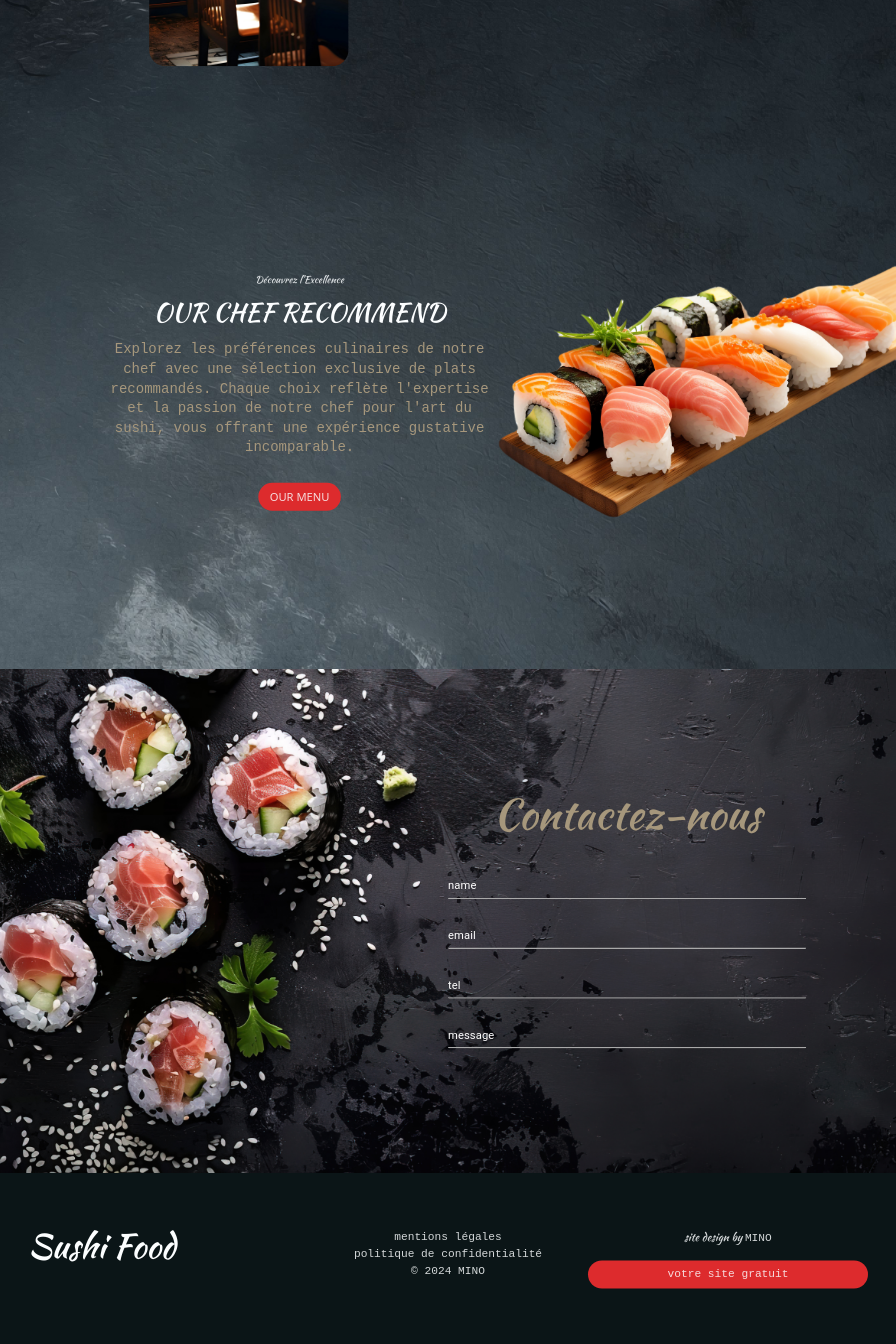
Repository: Adrien-legeleu/sushi-food
Page: /
An editor plug-in stored every save of this project. The page is shown before and after the next save, followed by the edit.
The browser window is 1280 px wide. The pictures show the part of the page from y = 1284 to 3204 px (the page is 3204 px tall), at 70% of full size.
Backgrounds fixed to the window are drawn as part of the page. Some web fonts or font styles are not loaded; a fallback is used. The project was rebuilt for these pictures with package versions that can differ from the ones it lists, and the page was loaded fresh each time. Also part of the build but not shown: vite.config.ts.

Above is the page before, as saved 2024-04-30 12:47:53.

After the next save:
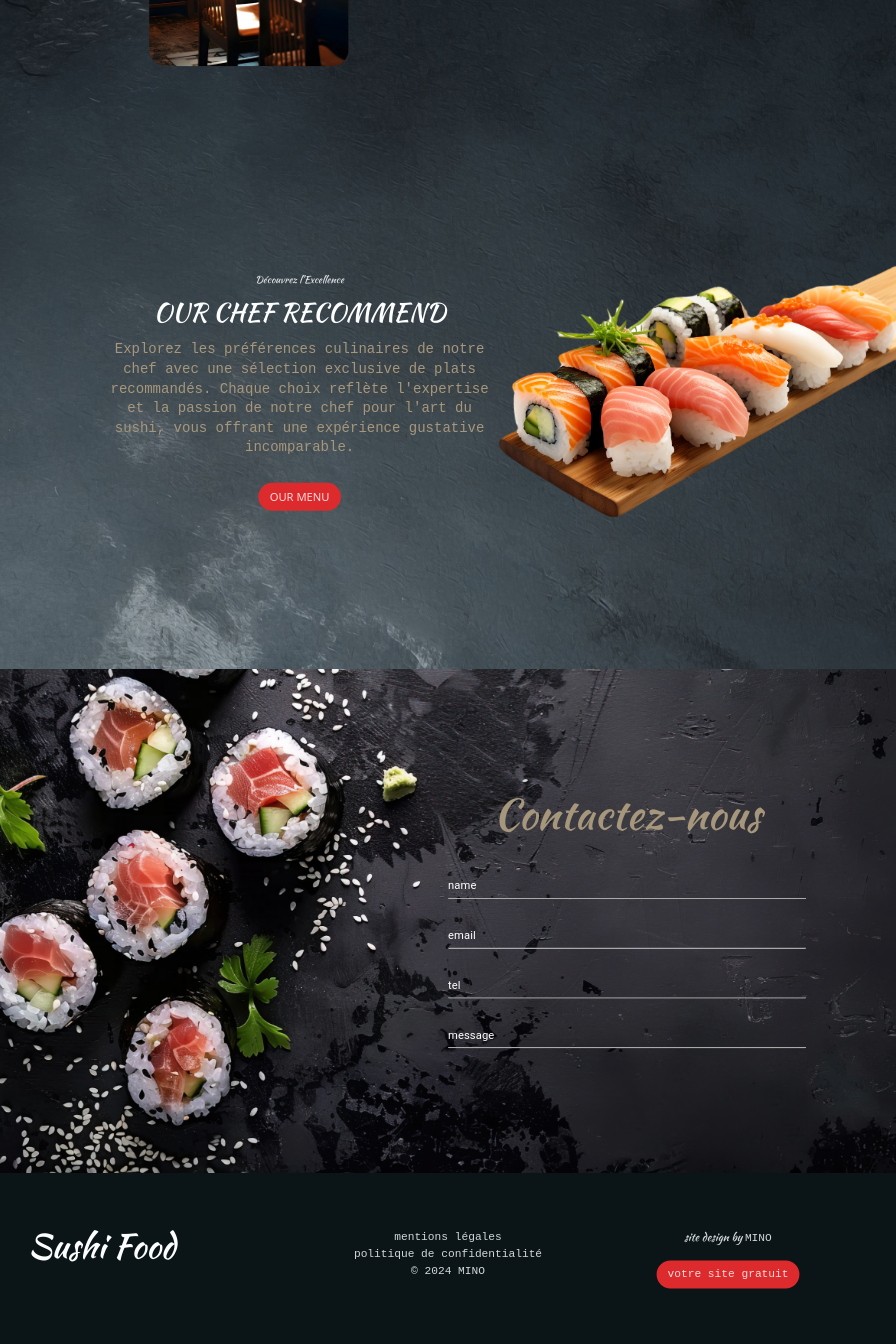
Saved 40 s later.
--- a/src/Components/Footer.tsx
+++ b/src/Components/Footer.tsx
@@ -11,7 +11,7 @@ export const Footer =()=>{
             </ul>
             <div className="text-center flex flex-col gap-5">
                 <p className="font-title text-whiteText">site design by <a className="font-text" href="https://mino-design.netlify.app" target="_">MINO</a></p>
-                <button className="font-text text-whiteText p-2 pl-4 pr-4 bg-redBG rounded-full">
+                <button className=" m-auto font-text text-whiteText p-2 pl-4 pr-4 bg-redBG rounded-full">
                     votre site gratuit
                 </button>
             </div>
